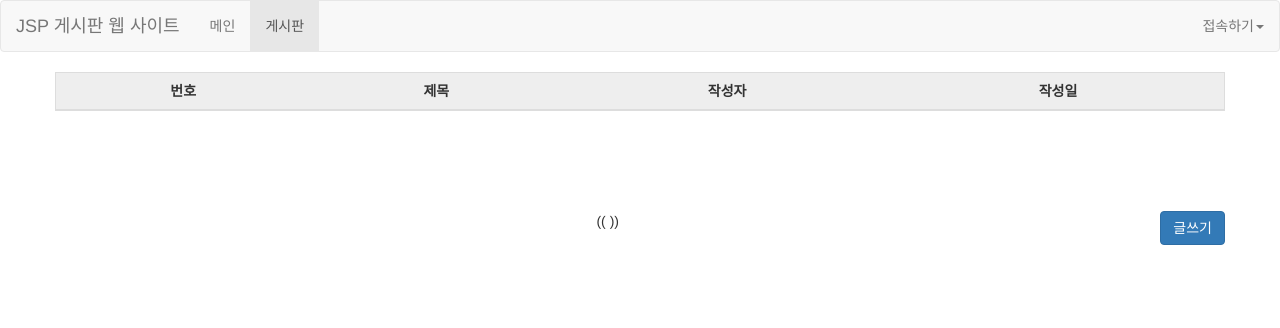
Repository: lihs3443/JSP-Board-System
Page: http://localhost/BBS/bbs.jsp
The author's editor kept a copy of each file at every save. The page is drawn from the files as they stood at one save, then again after the next save.
The browser window is 1280 px wide. The pictures show the whole page.
Some web libraries are served in a nearby version. The page is served by Tomcat 9. Queries for data that is not in the repository find no rows.

Above is the page before, as saved 2022-11-20 10:37:26.

After the next save:
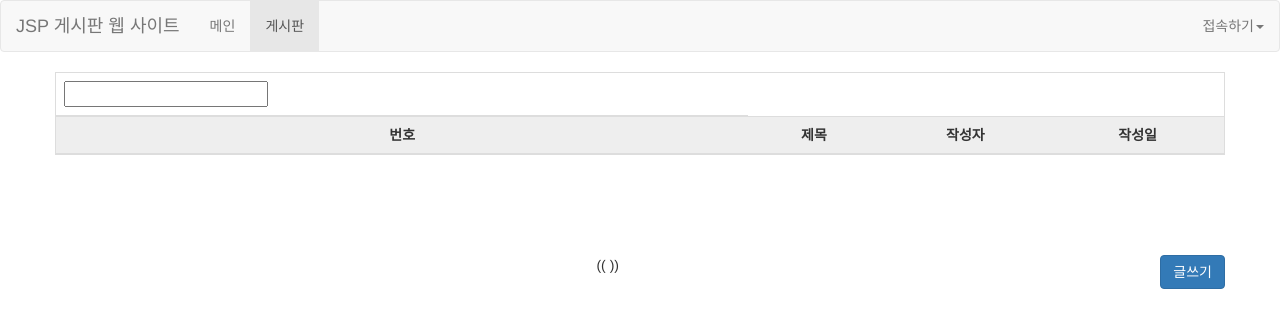
Saved 31 min 29 s later.
--- a/BBS/WebContent/bbs.jsp
+++ b/BBS/WebContent/bbs.jsp
@@ -92,10 +92,15 @@
 		</div>
 	</nav>
 	<div class="container">
-		<div class="row"> <!-- table-striped: 2가지 색상이 번갈아가면서 변경됨 -->
+		<div class="row">
 			<table class="table table-striped" style="text-align: center; border: 1px solid #dddddd">
-				<thead> <!-- 테이블 제목부분 (속성부분)-->
-					<tr> <!-- tr: 행 th: 속성-->
+				<thead>
+					<form>
+						<tr>
+							<th><input type="text"></th>
+						</tr>
+					</form>
+					<tr>
 						<th style="background-color: #eeeeee; text-align: center;">번호</th>
 						<th style="background-color: #eeeeee; text-align: center;">제목</th>
 						<th style="background-color: #eeeeee; text-align: center;">작성자</th>
